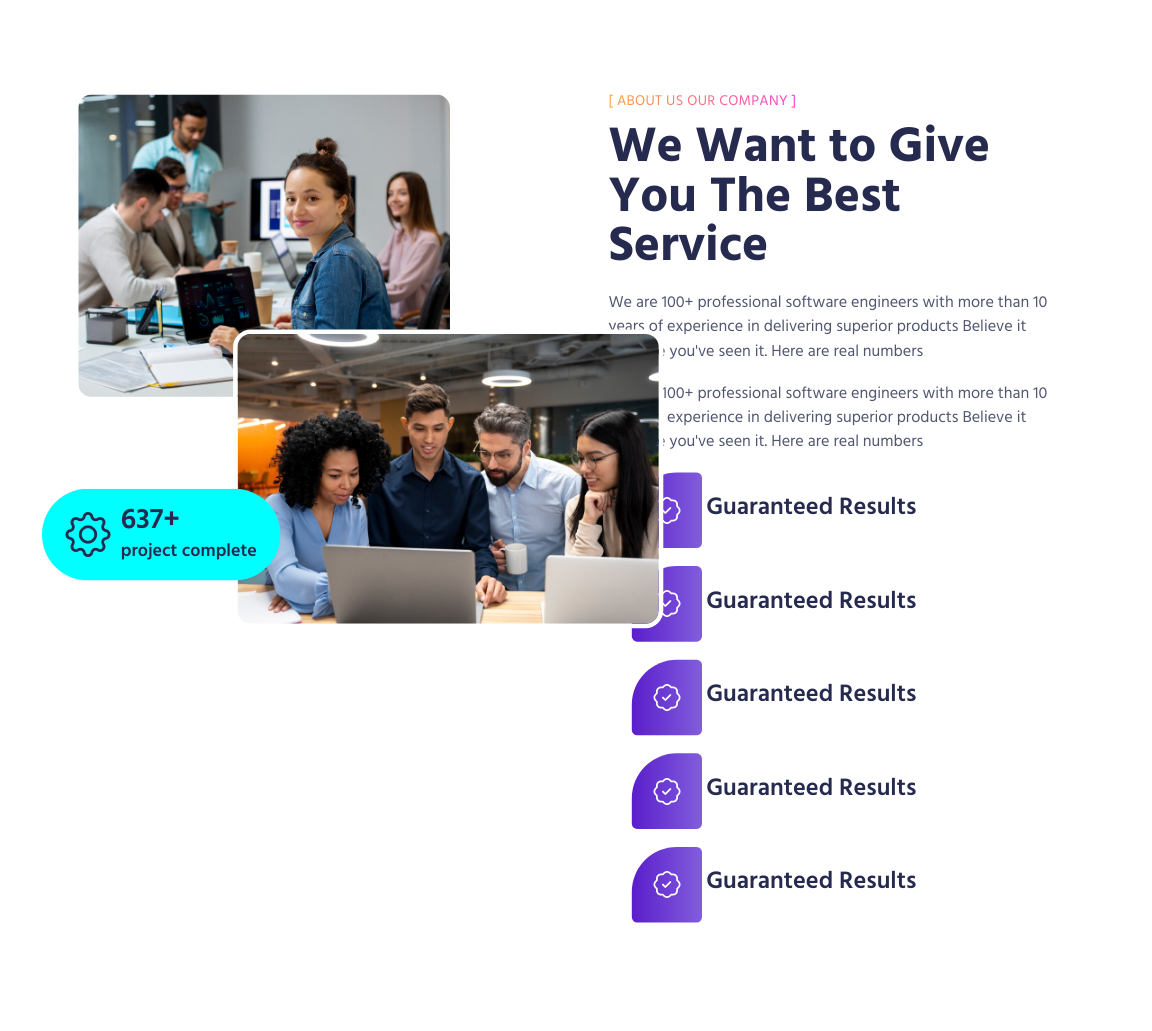
Repository: tagnam/mirehel2.0
Page: about.html
These files come from the project's save history. The page is drawn as it stood at one moment and after the next save; the edit follows.
The browser window is 1280 px wide. The pictures show the whole page, at 90% of full size.

Above is the page before, as saved 2025-02-03 12:27:08.

After the next save:
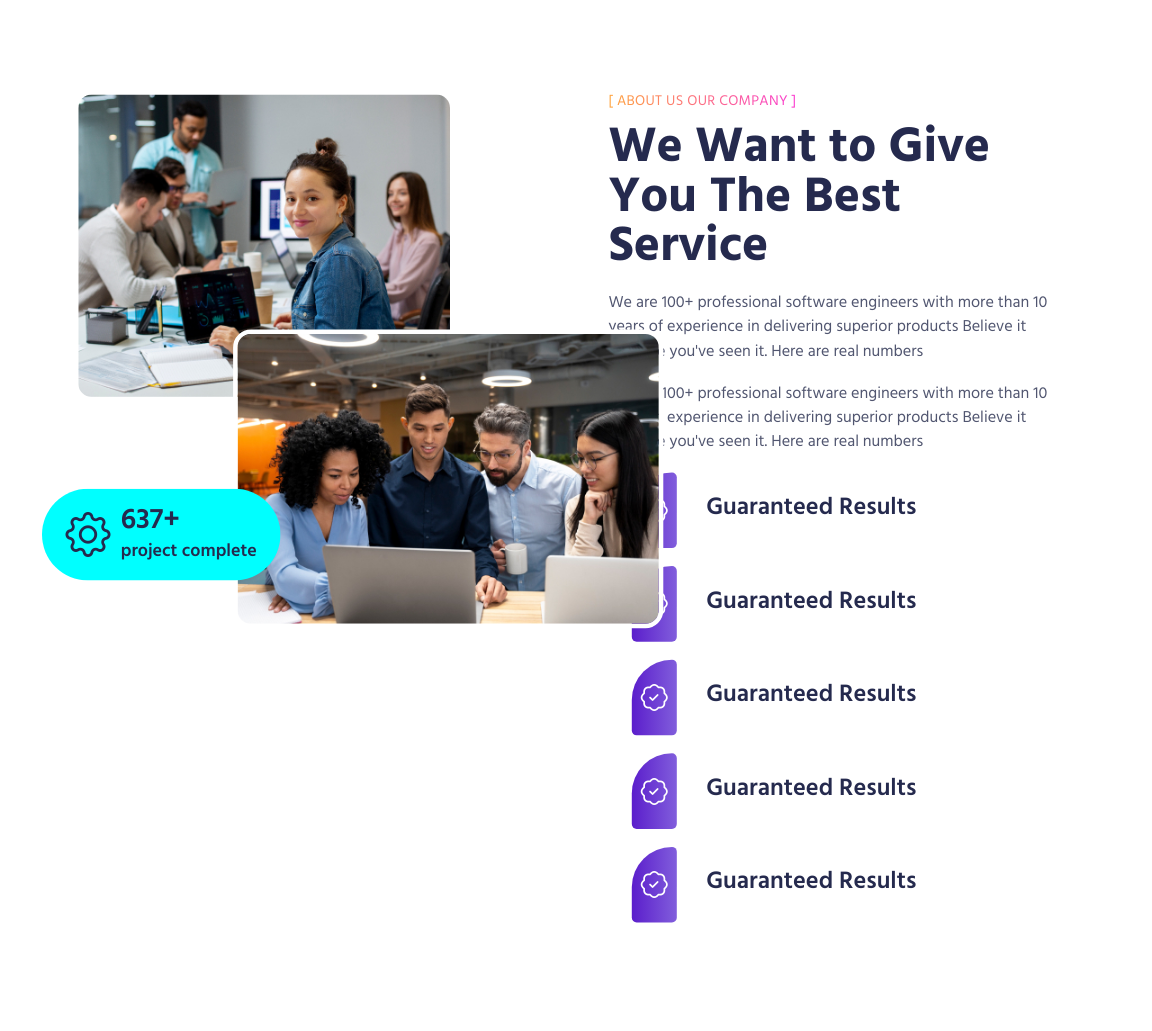
Saved 5 s later.
--- a/style/css/style.css
+++ b/style/css/style.css
@@ -188,7 +188,7 @@ section{
     justify-content: center;
     align-items: center;
     background-color:var(--secondary-color);
-    width: 78px;
+    width: 50px;
     height: 84px;
     background: linear-gradient(90deg, #5A1CCB -2.17%, #815EDC 100%);
     border-radius: 50px 6px 6px 6px;
